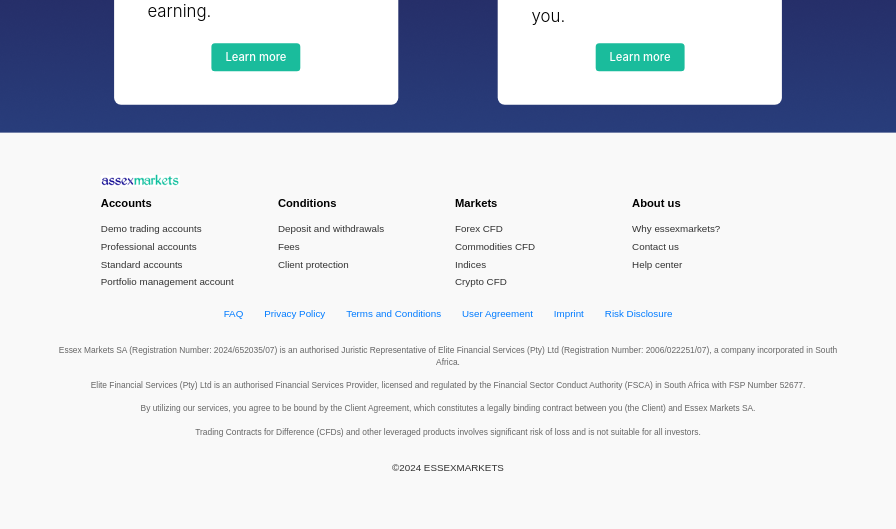
Repository: RevenewMarketing/Assex
Page: /partner
These files come from the project's save history. The page is drawn as it stood at one moment and after the next save; the edit follows.
The browser window is 1280 px wide. The pictures show the part of the page from y = 1474 to 3394 px (the page is 2230 px tall before and 3569 px after), at 70% of full size.
The project was rebuilt for these pictures with package versions that can differ from the ones it lists, and the page was loaded fresh each time. Also part of the build but not shown: vite.config.ts, src/pages/home/sections/HeroSection.module.css, src/pages/home/sections/HeroSection.tsx, src/pages/home/sections/Section2.tsx, src/pages/home/sections/Section3.tsx, src/pages/home/sections/Section4.tsx, src/pages/home/sections/Section5.tsx, src/pages/home/sections/Section6.tsx and 10 more.

Above is the page before, as saved 2024-11-28 00:59:35.

### index.html
<!doctype html>
<html lang="en">
  <head>
    <meta charset="UTF-8" />
    <link rel="icon" type="image/svg+xml" href="/vite.svg" />
    <meta name="viewport" content="width=device-width, initial-scale=1.0" />
    <title>Assex</title>
  </head>
  <body>
    <div id="root"></div>
    <script type="module" src="/src/main.tsx"></script>
  </body>
</html>

### src/index.css
:root {
  font-family: Inter, system-ui, Avenir, Helvetica, Arial, sans-serif;
  line-height: 1.5;
  font-weight: 400;
  color-scheme: light dark;
  color: rgba(255, 255, 255, 0.87);
  background-color: #ffffff;
  font-synthesis: none;
  max-width: 1920px;
  margin: auto;
  text-rendering: optimizeLegibility;
  -webkit-font-smoothing: antialiased;
  -moz-osx-font-smoothing: grayscale;
}

a {
  font-weight: 500;
  color: #646cff;
  text-decoration: inherit;
}

a:hover {
  color: #535bf2;
}

body {
  margin: 0;
  display: flex;
  place-items: center;
  min-width: 320px;
  min-height: 100vh;
  background-color: #FFF;
  /* align-content: center; */
  flex-direction: column;
  justify-content: flex-start;
}

h1 {
  font-size: 3.2em;
  line-height: 1.1;
}

button {
  border-radius: 8px;
  border: 1px solid transparent;
  padding: 0.6em 1.2em;
  font-size: 1em;
  font-weight: 500;
  font-family: inherit;
  background-color: #1a1a1a;
  cursor: pointer;
  transition: border-color 0.25s;
}

button:hover {
  border-color: #646cff;
}

button:focus,
button:focus-visible {
  outline: 4px auto -webkit-focus-ring-color;
}

@media (prefers-color-scheme: light) {
  :root {
    color: #213547;
    background-color: #ffffff;
  }

  a:hover {
    color: #747bff;
  }

  button {
    background-color: #f9f9f9;
  }
}

### src/App.tsx

import './App.css'
// import Navigation from './pages/home/Navigation'
import NavigationMenu from './components/navigation-menu/NavigationMenu'

import { BrowserRouter, Route, Routes } from 'react-router';
import Home from './pages/home/Home';
import Footer from './components/footer-section/Footer';
import About from './pages/about/About';
import Partner from './pages/partner/Partner';

function App() {

  return (
    <>
    <BrowserRouter>
    <NavigationMenu />
    <Routes>
      <Route path="/" element={<Home />} />
      <Route path="/about" element={<About />} />
      <Route path="/partner" element={<Partner />} />
      {/* Define other routes */}
    </Routes>
    <Footer />
  </BrowserRouter>


    </>
  )
}

export default App

### src/App.css
#root {
  max-width: 1920px;
  width: 100%;
  margin: 0 auto;
  padding: 0;
  text-align: center;
}

.logo {
  height: 6em;
  padding: 1.5em;
  will-change: filter;
  transition: filter 300ms;
}
.logo:hover {
  filter: drop-shadow(0 0 2em #646cffaa);
}
.logo.react:hover {
  filter: drop-shadow(0 0 2em #61dafbaa);
}

@keyframes logo-spin {
  from {
    transform: rotate(0deg);
  }
  to {
    transform: rotate(360deg);
  }
}

@media (prefers-reduced-motion: no-preference) {
  a:nth-of-type(2) .logo {
    animation: logo-spin infinite 20s linear;
  }
}

.card {
  padding: 2em;
}

.read-the-docs {
  color: #888;
}

/* Auth Buttons */
.authButtons {
  /* margin-left: auto; */
  display: flex;
  gap: 10px;
}

### src/components/footer-section/Footer.tsx

import styles from './FooterStyles.module.css';
import essexLogo from '../../assets/pages/Global/2-Footer/1AssexMarket-WordMark.png';
import { Link } from 'react-router';

const footerContent = {
  accounts: [
    'Demo trading accounts',
    'Professional accounts',
    'Standard accounts',
    'Portfolio management account',
  ],
  conditions: ['Deposit and withdrawals', 'Fees', 'Client protection'],
  markets: ['Forex CFD', 'Commodities CFD', 'Indices', 'Crypto CFD'],
  aboutUs: ['Why essexmarkets?', 'Contact us', 'Help center'],
  links: ['FAQ', 'Privacy Policy', 'Terms and Conditions', 'User Agreement', 'Imprint', 'Risk Disclosure'],
  details: [
    'Essex Markets SA (Registration Number: 2024/652035/07) is an authorised Juristic Representative of Elite Financial Services (Pty) Ltd (Registration Number: 2006/022251/07), a company incorporated in South Africa.',
    'Elite Financial Services (Pty) Ltd is an authorised Financial Services Provider, licensed and regulated by the Financial Sector Conduct Authority (FSCA) in South Africa with FSP Number 52677.',
    'By utilizing our services, you agree to be bound by the Client Agreement, which constitutes a legally binding contract between you (the Client) and Essex Markets SA.',
    'Trading Contracts for Difference (CFDs) and other leveraged products involves significant risk of loss and is not suitable for all investors.',
  ],
};

const Footer: React.FC = () => {
  return (
    <footer className={styles.footerContainer}>
      <div className={styles.logoContainer}>
        <img src={essexLogo} alt="Essex Markets Logo" />
      </div>
      <div className={styles.columnsContainer}>
        <div>
          <h4>Accounts</h4>
          <ul>
            {footerContent.accounts.map((account, index) => (
              <li key={index}>{account}</li>
            ))}
          </ul>
        </div>
        <div>
          <h4>Conditions</h4>
          <ul>
            {footerContent.conditions.map((condition, index) => (
              <li key={index}>{condition}</li>
            ))}
          </ul>
        </div>
        <div>
          <h4>Markets</h4>
          <ul>
            {footerContent.markets.map((market, index) => (
              <li key={index}>{market}</li>
            ))}
          </ul>
        </div>
        <div>
          <Link
            to="/about"

           ><h4>About us</h4></Link>
          <ul>
            {footerContent.aboutUs.map((about, index) => (
              <li key={index}>{about}</li>
            ))}
          </ul>
        </div>
      </div>
      <div className={styles.linksContainer}>
        {footerContent.links.map((link, index) => (
          <a href="#" key={index}>
            {link}
          </a>
        ))}
      </div>
      <div className={styles.details}>
        {footerContent.details.map((detail, index) => (
          <p key={index}>{detail}</p>
        ))}
      </div>
      <div className={styles.copyright}>
        <p>©2024 ESSEXMARKETS</p>
      </div>
    </footer>
  );
};

export default Footer;

### src/pages/partner/Partner.tsx
import Section1 from "./sections/Section1"
import Section2 from "./sections/Section2"


const Partner = () => {
  return (
    <div>
      <Section1 />
      <Section2 />
    </div>
  )
}

export default Partner

### src/components/navigation-menu/NavigationMenu.module.css
.navigationContainer {
  position: relative;
  font-family: Arial, sans-serif;
}

/* Navigation Bar */
.navigationBar {
  position: fixed;
  top: 0;
  left: 0;
  width: 100%;
  display: flex;
  background-color: #ffffff;
  padding: 10px 20px;
  box-sizing: border-box;
  z-index: 1001;
  justify-content: center;
}

/* Menu Item Container */
.menuItemContainer {
  margin-right: 20px;
}

/* Menu Items */
.menuItem {
  background: none;
  border: none;
  color: rgb(34, 34, 34);
  font-size: 16px;
  cursor: pointer;
  transition: opacity 0.3s;
}

.menuItem:hover {
  opacity: 0.7;
}

.active {
  opacity: 0.5;
}



.languageSelector {
  margin-left: 20px;
  display: flex;
  align-items: center;
  font-size: 14px;
  color: #000000d8;
  cursor: pointer;
}

.globeIcon {
  margin-right: 5px;

}

/* Submenu */
.submenu {
  position: fixed;
  top: 50px;
  left: 0;
  width: 100%;
  height: 300px;
  background-color: #ffffff;
  box-shadow: 0 4px 8px rgba(0, 0, 0, 0.2);
  padding: 20px;
  box-sizing: border-box;
  z-index: 1000;
  opacity: 0;
  transform: translateY(-100%);
}

.submenuContent {
  display: flex
  ;
      justify-content: flex-start;
      gap: 10dvw;
      padding: 0 5dvw;
}

.submenuSection h4 {
  color: #0000003d;
}

.submenuSection {
  text-align: left;
}

.submenuSection a {
  color: #000000;
  text-decoration: none;
  cursor: pointer;
  transition: color 0.3s;
}

.submenuSection a:hover {
  color: #00b074;
  transition: color 0.3s;
}

/* Fade In Animation */
.fadeIn {
  animation: slide-in-top 0.3s cubic-bezier(0.25, 0.46, 0.45, 0.94) forwards;
}

@keyframes slide-in-top {
  0% {
    transform: translateY(-100%);
    opacity: 0;
  }
  100% {
    transform: translateY(0);
    opacity: 1;
  }
}

/* Fade Out Animation */
.fadeOut {
  animation: slide-out-top 0.3s cubic-bezier(0.25, 0.46, 0.45, 0.94) forwards;
}

@keyframes slide-out-top {
  0% {
    transform: translateY(0);
    opacity: 1;
  }
  100% {
    transform: translateY(-100%);
    opacity: 0;
  }
}

/* Overlay */
.overlay {
  position: fixed;
  top: 50px;
  left: 0;
  width: 100%;
  height: calc(100% - 50px);
  background: rgba(0, 0, 0, 0.5);
  z-index: 999;
  opacity: 0;
  visibility: hidden;
  transition: opacity 0.3s ease, visibility 0.3s ease;
}

.fadeInOverlay {
  opacity: 1;
  visibility: visible;
  backdrop-filter: blur(5px);
}

.fadeOutOverlay {
  opacity: 0;
  visibility: hidden;
}

/* Page Content */
.pageContent {
  /* padding: 80px 20px 20px 20px; */
  transition: opacity 0.3s;
}

.dimmed {
  opacity: 0.3;
}

### src/components/ReusableButton.tsx

import styles from './GlobalComponentStyles.module.css';

type Props = {
  link?: string;
  text: string;
  type: 'register' | 'sign-in' | 'logout' | 'profile' | 'settings' | 'help' | 'free-trial' | 'learn-more' | 'dark' | 'light';
};

export default function ReusableButton({ link, text, type }: Props) {
  return (
      <button
      style={{
        backgroundColor: type === 'register' ? '#19BC9C' :
        type === 'sign-in' ? '#F4F6F7' :
        type === 'logout' ? '#FF6347' :
        type === 'profile' ? '#FFA07A' :
        type === 'settings' ? '#FF7F50' :
        type === 'help' ? '#FFA500' :
        type === 'free-trial' ? '#FFD700' :
        type === 'learn-more' ? '#FF4500' :
        type === 'dark' ? '#4C4B4D' :
        type === 'light' ? '#fff' : '#000',
        color: type === 'dark' ? '#fff' : '#000'
      }}
        className={styles.registerButton}
        onClick={() => window.open(link, '_blank')}
      >{text}
      </button>

  );
}

### src/components/footer-section/FooterStyles.module.css
.footerContainer {
  background-color: #f9f9f9;
  color: #333;
  padding: 60px 20px;
  font-family: Arial, sans-serif;
  font-size: 14px;
  line-height: 1.8;
}

.footerContainer h4 {
  font-size: 16px;
  font-weight: bold;
  margin-bottom: 10px;
  color: #000;
  text-align: left;
  margin-top: 0;
}

.footerContainer ul {
  list-style-type: none;
  padding: 0;
  margin: 0;
  text-align: left;
}

.footerContainer ul li {
  margin-bottom: 0px;
  cursor: pointer;
}

.footerContainer ul li:hover {
  color: #00b894;
}

.footerContainer .columnsContainer {
  display: flex
  ;
      justify-content: space-between;
      gap: 20px;
      flex-wrap: wrap;
      margin-bottom: 40px;
      width: 80%;
      margin: auto;
}

.footerContainer .columnsContainer > div {
  flex: 1;
  min-width: 180px; /* Ensures alignment and proper spacing */
}



.footerContainer .linksContainer {
  text-align: center;
  margin: 20px 0 30px;
}

.footerContainer .linksContainer a {
  color: #007bff;
  text-decoration: none;
  margin: 0 15px;
  font-size: 14px;
}

.footerContainer .linksContainer a:hover {
  text-decoration: underline;
}

.footerContainer .details {
  font-size: 12px;
  color: #666;
  line-height: 1.5;
  margin: 20px auto;
  text-align: center;
  width: 90%;
}

.footerContainer .details p {
  margin-bottom: 15px;
}

.footerContainer .logoContainer {
  text-align: left;
  margin: auto;
  width: 80%;
}

.footerContainer .logoContainer img {
  max-width: 150px;
}

.footerContainer .copyright {
  text-align: center;
  font-size: 14px;
  margin-top: 30px;
}

### src/pages/partner/sections/Section1.tsx
import styles from './Section1.module.css';
import backgroundImage from '../../../assets/pages/Partner/1-hero-banner-partner.jpg';

const section1Content = {
  title: "ASSEX MARKETS PARTNERSHIP PROGRAMS",
  description: "Earn a stable income by introducing clients to a global market leader",
  backgroundImage: backgroundImage, // Replace with your background image path
  buttonLink: "https://my.assexmarkets.com/auth/register",
};

const Section1: React.FC = () => {
  return (
    <section
      style={{
        backgroundImage: `url(${section1Content.backgroundImage})`,
      }}
      className={styles.section1}
    >
      <div className={styles.overlay}></div>
      <div className={styles.content}>
        <h1 className={styles.title}>{section1Content.title}</h1>
        <p className={styles.description}>{section1Content.description}</p>
        <button onClick={
          () => {
            window.open(section1Content.buttonLink, "_blank");
        }} className={styles.startButton}>Start now</button>
      </div>
      <div className={styles.details}>
        <p>2000 Partners</p>
        <p>$12 Million Paid to the partners</p>
        <p>$110K Top partner payout per month</p>
      </div>
    </section>
  );
};

export default Section1;

### src/pages/partner/sections/Section2.tsx

import styles from './Section2.module.css';
import box1 from '../../../assets/pages/Partner/2-section1-icon1.png';
import box2 from '../../../assets/pages/Partner/2-section1-icon2.png';

const section2Content = {
  title: "What we offer",
  cards: [
    {
      icon: box1,
      title: "Introducing Broker Program",
      description: "You get up to 40% of our revenue Earn up to 40% of our revenue from every active trader you refer to us. If they’re trading, you’re earning.",
      buttonText: "Learn more"
    },
    {
      icon: box2,
      title: "Affiliate Program",
      description: "You get up to $1850 of our revenue We are leading the industry with scheduled and attractive payouts. We offer a range of commission plans, so you can choose the best fit for you.",
      buttonText: "Learn more"
    }
  ]
};

const Section2: React.FC = () => {
  return (
    <section className={styles.section2}>

      <h2 className={styles.title}>{section2Content.title}</h2>
      <div className={styles.cardsContainer}>
        {section2Content.cards.map((card, index) => (

          <div key={index} className={styles.card}>
            <img src={card.icon} alt="icon" className={styles.cardIcon} />
            <h3 className={styles.cardTitle}>{card.title}</h3>
            <p className={styles.cardDescription}>{card.description}</p>
            <button className={styles.learnMoreButton}>{card.buttonText}</button>
          </div>
        ))}
      </div>
    </section>
  );
};

export default Section2;

### src/components/GlobalComponentStyles.module.css


.registerButton {
  background-color: #00b074;
  color: white;
  border: none;
  padding: 8px 16px;
  font-size: 14px;
  border-radius: 4px;
  cursor: pointer;
}

.signInButton {
  background-color: #f4f4f4;
  color: #333;
  border: 1px solid #ccc;
  padding: 8px 16px;
  font-size: 14px;
  border-radius: 4px;
  cursor: pointer;
}

### src/pages/partner/sections/Section1.module.css
.section1 {
  position: relative;
  background-size: cover;
  background-position: center;
  height: 760px;
  display: flex;
  align-items: center;
  justify-content: space-between;
  color: white;
  padding: 0 40px;
}

.overlay {
  position: absolute;
  top: 0;
  right: 0;
  width: 100%; /* Adjusts the gradient coverage */
  height: 100%;

  z-index: 1;
}

.content {
  position: relative;
  z-index: 2;
  max-width: 50%;
  text-align: left;
}

.content p {
  font-size: 1rem;
  line-height: 1.5;
}

.title {
  font-size: 4.5rem;
  font-weight: bold;
  margin-bottom: 20px;
  text-transform: uppercase;
}

.description {
  font-size: 2rem;
  line-height: 1.2;
  margin-bottom: 20px;
}

.startButton {
  padding: 10px 20px;
  background-color: #1ABC9C;
  color: white;
  border: none;
  border-radius: 5px;
  cursor: pointer;
  font-size: 1rem;
}

.details {
  position: relative;
  z-index: 2;
  max-width: 50%;
  text-align: left;
  margin-left: auto;
  width: 375px;
}

.details p {
  font-size: 2rem;
  line-height: 1.5;
}

### src/pages/partner/sections/Section2.module.css
.section2 {
  background-image: url("../../../assets/pages/Homepage/3-Section-3-BG.png");
  background-size: cover;
  background-position: center;
  color: white;
  padding: 40px 20px;
  text-align: center;
  min-height: 50dvh;
}

.title {
  font-size: 5rem;
  margin-bottom: 40px;
}

.cardsContainer {
  display: flex;
  justify-content: space-evenly;

}

.card {
  background-color: white;
  color: #000000;
  border-radius: 10px;
  padding: 3rem;
  flex: 1;
  max-width: 25%;
  text-align: left;
  display: flex;
  flex-direction: column;
  align-items: center;
  justify-content: space-between;
}

.cardIcon {
  width: 40px;
  margin: 0px;
  color: #1ABC9C;
  /* Blue color for the icon */
}

.cardTitle {
  font-size: 2rem;
  margin-bottom: 10px;
  color: #1ABC9C;
  font-weight: 400;
}

.cardDescription {
  font-size: 1.5rem;
  font-weight: 300;
  margin-bottom: 20px;
}

.learnMoreButton {
  padding: 10px 20px;
  background-color: #1ABC9C;
  /* Blue background for the button */
  color: white;
  border: none;
  border-radius: 5px;
  cursor: pointer;
  font-size: 1rem;
}

.learnMoreButton:hover {
  background-color: #1ABC9C;
  /* Darker blue on hover */
}

### src/pages/partner/sections/Section3.tsx

import styles from './Section3.module.css';
import globeImage from '../../../assets/pages/Partner/3-section2-card1.png';
import cardsImage1 from '../../../assets/pages/Partner/3-section2-card2.png';
import statsImage from '../../../assets/pages/Partner/3-section2-card3.png';
import phoneImage from '../../../assets/pages/Partner/3-section2-card4.png';
import cardsImage2 from '../../../assets/pages/Partner/3-section2-card5.png';
import cardImage3 from '../../../assets/pages/Partner/3-section2-card6.png';


const section3Content = {
  title: "Why become an Assex Markets partner?",
  images: [
    globeImage,
    cardsImage1,
    statsImage,
    phoneImage,
    cardsImage2,
    cardImage3
  ],
  reasons: [
    "Trusted market leader – Assex Markets brokers are licensed",
    "Highest forex leverage in the market",
    "Instant deposits and withdrawals",
    "24/7 client support",
    "Wide variety of payment systems with zero commission",
    "New Help Center for newbies and experienced traders"
  ]
};

const Section3: React.FC = () => {
  return (
    <section className={styles.section3}>
      <h2 className={styles.title}>{section3Content.title}</h2>
      <div className={styles.featuresContainer}>
        {section3Content.images.map((image, index) => (
          <img key={index} src={image} alt="featured Images"/>
        ))}
      </div>
      <h2 className={styles.reasonsTitle}>Why clients will love us...</h2>
      <ul className={styles.reasonsList}>
        {section3Content.reasons.map((reason, index) => (
          <li key={index} className={styles.reason}>{reason}</li>
        ))}
      </ul>
    </section>
  );
};

export default Section3;

### src/pages/partner/sections/Section3.module.css
.section3 {
  background-color: #f5f5f5; /* Light background */
  color: #333;
  padding: 40px 20px;
  text-align: center;
}

.title {
  font-size: 2.5rem;
  margin-bottom: 40px;
  color: #3b82f6; /* Blue color for the title */
}

.featuresContainer {
  display: flex;
  justify-content: center;
  gap: 20px;
  flex-wrap: wrap;
  margin-bottom: 40px;
}

.feature {
  background-color: white;
  border-radius: 10px;
  padding: 20px;
  flex: 1;
  max-width: 300px;
  text-align: center;
  box-shadow: 0 4px 8px rgba(0, 0, 0, 0.1);
}

.featureImage {
  max-width: 100%;
  height: auto;
  margin-bottom: 10px;
}

.featureTitle {
  font-size: 1.2rem;
  margin-bottom: 10px;
  color: #3b82f6; /* Blue color for the title */
}

.featureDescription {
  list-style-type: none;
  padding: 0;
}

.featureDescription li {
  font-size: 1rem;
  margin-bottom: 5px;
}

.reasonsTitle {
  font-size: 2rem;
  margin-bottom: 20px;
  color: #3b82f6; /* Blue color for the title */
}

.reasonsList {
  list-style-type: none;
  padding: 0;
}

.reason {
  font-size: 1.2rem;
  margin-bottom: 10px;
}

.reason::before {
  content: "✓";
  color: #3b82f6; /* Blue color for the checkmark */
  margin-right: 10px;
}

Loaded but not shown: src/main.tsx (common file); src/components/navigation-menu/NavigationMenu.tsx (254 lines, source omitted)

After the next save:
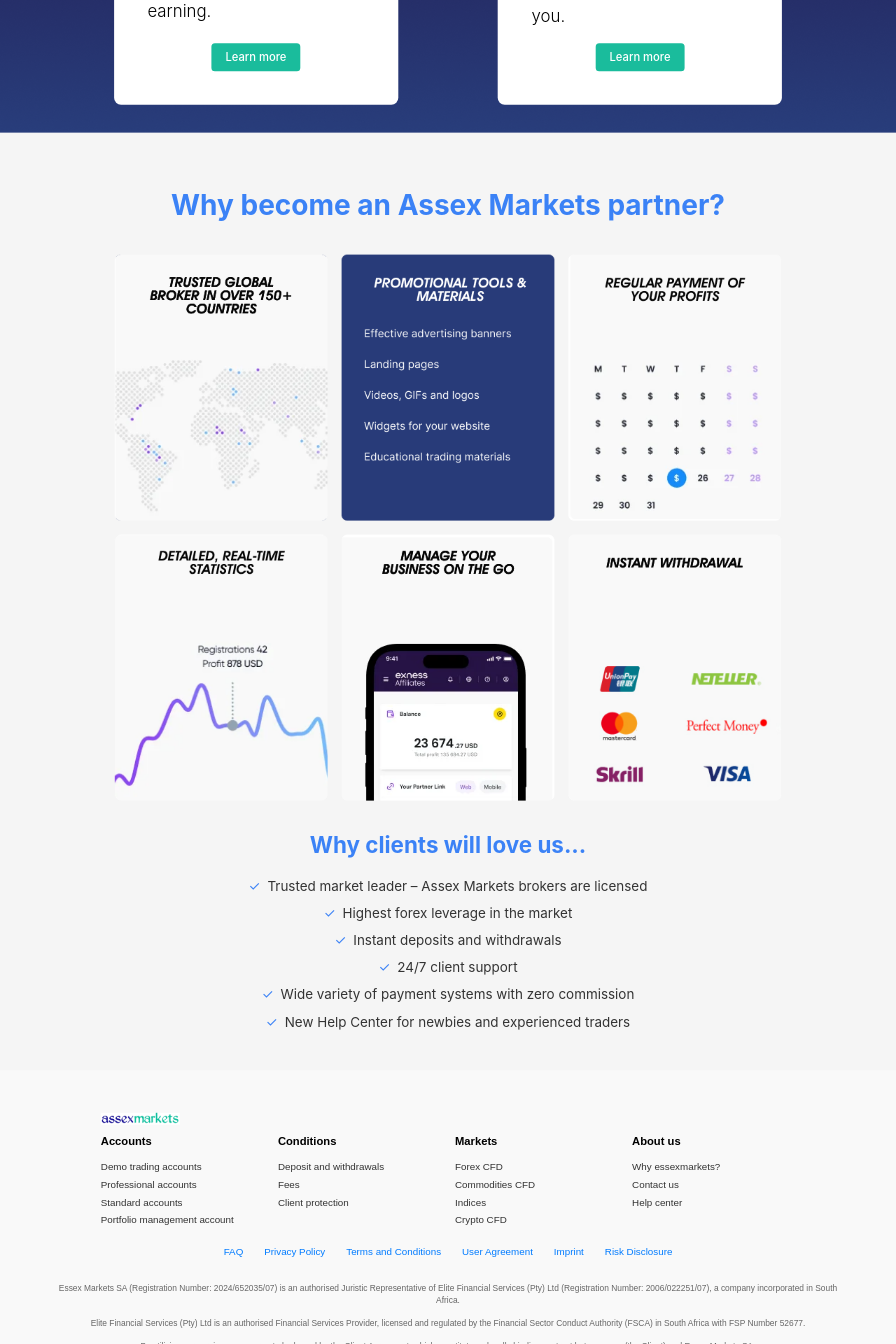
Saved 26 s later.
--- a/src/pages/partner/Partner.tsx
+++ b/src/pages/partner/Partner.tsx
@@ -1,5 +1,6 @@
 import Section1 from "./sections/Section1"
 import Section2 from "./sections/Section2"
+import Section3 from "./sections/Section3"
 
 
 const Partner = () => {
@@ -7,6 +8,7 @@
     <div>
       <Section1 />
       <Section2 />
+      <Section3 />
     </div>
   )
 }
